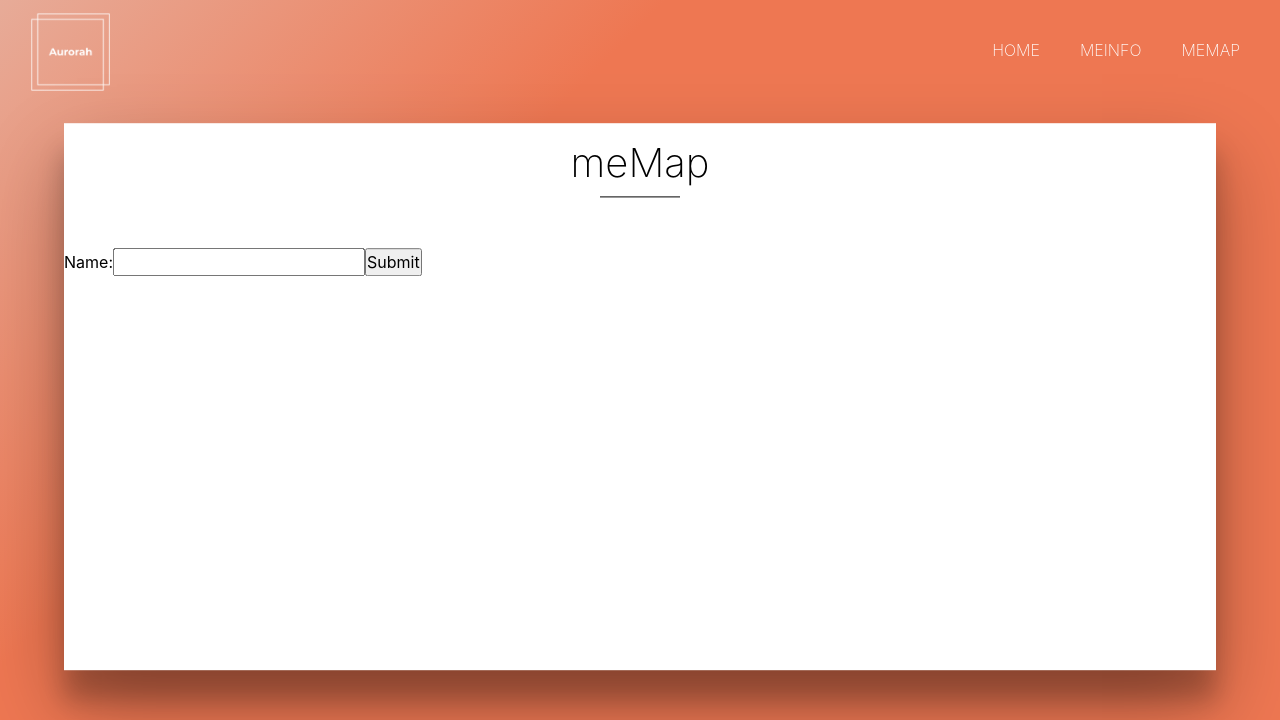
Repository: aasirvalji/saferMe
Page: /alt
An editor plug-in stored every save of this project. The page is shown before and after the next save, followed by the edit.
The browser window is 1280 px wide. The pictures show the whole page.
The project was rebuilt for these pictures with package versions that can differ from the ones it lists, and the page was loaded fresh each time. Also part of the build but not shown: src/components/Landing.js, src/styles/Services.css, src/components/Services.js, src/styles/MapDisplay.css, src/mapStyles.js, src/components/MapDisplay.js, src/styles/AboutDisplay.css, src/components/AboutDisplay.js and 1 more.

Above is the page before, as saved 2020-02-15 11:49:02.

### public/index.html
<!DOCTYPE html>
<html lang="en">
  <head>
    <meta charset="utf-8" />
    <link rel="icon" href="%PUBLIC_URL%/favicon.ico" />
    <meta name="viewport" content="width=device-width, initial-scale=1" />
    <meta name="theme-color" content="#000000" />
    <meta
      name="description"
      content="Web site created using create-react-app"
    />
    <link rel="apple-touch-icon" href="%PUBLIC_URL%/logo192.png" />
    <!--
      manifest.json provides metadata used when your web app is installed on a
      user's mobile device or desktop. See https://developers.google.com/web/fundamentals/web-app-manifest/
    -->
    <link rel="manifest" href="%PUBLIC_URL%/manifest.json" />
    <!--
      Notice the use of %PUBLIC_URL% in the tags above.
      It will be replaced with the URL of the `public` folder during the build.
      Only files inside the `public` folder can be referenced from the HTML.

      Unlike "/favicon.ico" or "favicon.ico", "%PUBLIC_URL%/favicon.ico" will
      work correctly both with client-side routing and a non-root public URL.
      Learn how to configure a non-root public URL by running `npm run build`.
    -->

    <link
    rel="stylesheet"
    href="https://maxcdn.bootstrapcdn.com/bootstrap/4.3.1/css/bootstrap.min.css"
    integrity="sha384-ggOyR0iXCbMQv3Xipma34MD+dH/1fQ784/j6cY/iJTQUOhcWr7x9JvoRxT2MZw1T"
    crossorigin="anonymous"
  />

  <link rel="stylesheet" href="https://use.fontawesome.com/releases/v5.7.2/css/all.css" integrity="sha384-fnmOCqbTlWIlj8LyTjo7mOUStjsKC4pOpQbqyi7RrhN7udi9RwhKkMHpvLbHG9Sr" crossorigin="anonymous">

    <title>Aurorah</title>
  </head>
  <body>
    <noscript>You need to enable JavaScript to run this app.</noscript>
    <div id="root"></div>
    <!--
      This HTML file is a template.
      If you open it directly in the browser, you will see an empty page.

      You can add webfonts, meta tags, or analytics to this file.
      The build step will place the bundled scripts into the <body> tag.

      To begin the development, run `npm start` or `yarn start`.
      To create a production bundle, use `npm run build` or `yarn build`.
    -->
  </body>
</html>

### src/App.js
import React from 'react';
import './App.css';
import Navigate from './components/Navigate'
import Landing from './components/Landing'
import Services from './components/Services'
import MapDisplay from './components/MapDisplay'
import AltDisplay from './components/AltDisplay'
import AboutDisplay from './components/AboutDisplay'

import SampleDisplay from './components/SampleDisplay';


import {
  BrowserRouter as Router,
  Switch,
  Route,
} from "react-router-dom";

class App extends React.Component { //when working with any type of data, call it in App then pass to comp on interest

  constructor(props) {
    super(props);

  }

/* start api sample */
/*
  componentDidMount() {
    fetch("https://api.example.com/items")
      .then(res => res.json())
      .then(
        (result) => {
          this.setState({
            isLoaded: true,
            items: result.items
          });
        },
        // Note: it's important to handle errors here
        // instead of a catch() block so that we don't swallow
        // exceptions from actual bugs in components.
        (error) => {
          this.setState({
            isLoaded: true,
            error
          });
        }
      )
  }
  */
/* end api sample */
  render(){


  return (
    <Router>
    <div className="App">

    <Switch>

    <Route exact path="/">
    <div className='landing-div'>
    <Navigate></Navigate>
    <Landing></Landing>
    <img className='wave' src='https://www.ochrehealth.com.au/wp-content/uploads/2018/10/slider-wave.png' alt=''></img>  {/* wave pattern*/}
    </div>
    {/* services placement*/}
    {/* maps placement*/}
    </Route>

    <Route path="/about">
    <div className='about-background'>
    <Navigate></Navigate>

    <AboutDisplay></AboutDisplay>
    </div>
    </Route>

    <Route path="/map">
    <div className='map-background'>
    <Navigate></Navigate>

  <MapDisplay></MapDisplay>
    </div>
    </Route>

    <Route path="/graph">
    <div className='graph-background'>
    <Navigate></Navigate>


    </div>
    </Route>

    <Route path="/alt">
    <div className='alt-background'>
    <Navigate></Navigate>

    <AltDisplay></AltDisplay>
    </div>
    </Route>

    </Switch>

    </div>
    </Router>

  );
  }
}

export default App;

### src/App.css
.landing-div {
    height: 100vh;
	background: linear-gradient(-45deg, #ee7752, #e73c7e,#FF4136, #85144b);
	background-size: 400% 400%;
    animation: gradient 10s ease infinite;

}


@keyframes gradient {
	0% {
		background-position: 0% 50%;
	}
	50% {
		background-position: 100% 50%;
	}
	100% {
		background-position: 0% 50%;
	}
}

.landing-div .wave{
    margin-right: 20vh;
    height: 15vh;
    width: 100%;
    position: absolute;
    bottom: 0;
}

@media screen and (max-width:700px) {

    .landing-div {
        height: 110vh;
    }

    .landing-div .wave{
    display: none;
    }

}

.about-background{
    background: linear-gradient(-45deg, #23a6d5, #23a6d5,#23a6d5, #acceda);
    height: 100vh;
}

.map-background{
    background: linear-gradient(-45deg, #5444c4, #5444c4,#5444c4, #908ab9);
    height: 100vh;
}

.graph-background{
    background: linear-gradient(-45deg, #e73c7e, #e73c7e,#e73c7e, #e0a0b9);
    height: 100vh;
}

.alt-background{
    background: linear-gradient(-45deg, #ee7752, #ee7752,#ee7752, #e7ab98);
    height: 100vh;
}

### src/components/Navigate.js
import React from 'react';
import '../styles/Navigate.css';
import {}
from 'react-bootstrap';
import img from '../assets/Au.png'

import { Link } from "react-router-dom";


function Navigate() {
    return (
    <>
  <div class="header">
    <h2 class="logo"><img src={img}></img></h2>
    <input type="checkbox" id="chk"></input>
    <label for="chk" class="show-menu-btn">
      <i class="fas fa-ellipsis-h"></i>
    </label>

    <ul class="menu">
      <Link to="/"><a>Home</a></Link>
      {/*<Link to="/about"><a>About</a></Link>*/}
      <Link to="/alt"><a>meInfo</a></Link>
      <Link to="/map"><a>meMap</a></Link>
      {/*<Link to="/graph"><a>eGraph</a></Link>*/}

      <label for="chk" class="hide-menu-btn">
        <i class="fas fa-times"></i>
      </label>
    </ul>
  </div>
</>
);
}


export default Navigate;

### src/components/AltDisplay.js
import React from 'react';
import '../styles/AltDisplay.css'




class AltDisplay extends React.Component{

  constructor(props){
    super(props);

    this.state = {value: ''};

    this.handleChange = this.handleChange.bind(this);
    this.handleSubmit = this.handleSubmit.bind(this);
}

handleChange(event) {
  this.setState({value: event.target.value});
}

handleSubmit(event) {
  console.log(this.state.value);
  alert('A name was submitted: ' + this.state.value);
  event.preventDefault();
}

render(){
    return(
        <>

<div className='alt-con'>

<div className='alt-header'>
<h1>meMap</h1>
</div>


<form onSubmit={this.handleSubmit}>
        <label>
          Name:
          <input type="text" value={this.state.value} onChange={this.handleChange} />
        </label>
        <input type="submit" value="Submit" />
      </form>

</div>

        </>
    )
}
}


export default AltDisplay;

### src/styles/Navigate.css
/* Start Navbar */

.header{
    height: 100px;
    background: transparent;
    padding: 0 20px;
    color: white;
    font-weight: 200;
  }
  .logo{
    line-height: 100px;
    float: left;
  }

  .header h2{
    font-weight: 200;
  }

  .header img{
    width: 12vh;
    height: 12vh;
    margin-left: 1vh;
  }

  .menu{
    float: right;
    line-height: 100px;
  }
  .menu a{
    color: white;
    text-transform: uppercase;
    text-decoration: none;
    padding: 0 10px;
    transition: 0.4s;
  }
  .show-menu-btn,.hide-menu-btn{
    transition: 0.4s;
    font-size: 30px;
    cursor: pointer;
    display: none;
  }
  .show-menu-btn{
    float: right;
  }
  .show-menu-btn i{
    line-height: 100px;
  }
  .menu a:hover,
  .show-menu-btn:hover,
  .hide-menu-btn:hover{
    transition: .5s;
    color: black;
  }

  #chk{
    position: absolute;
    visibility: hidden;
    z-index: -1111;
  }

  .content{
    padding: 0 20px;
  }
  .content img{
    width: 100%;
    max-width: 700px;
    margin: 20px 0;
  }
  .content p{
    text-align: justify;
  }

  @media screen and (max-width:800px) {
    .show-menu-btn,.hide-menu-btn{
      display: block;
    }
    .menu{
      position: fixed;
      width: 100%;
      height: 100vh;
      background: linear-gradient(-45deg, #ee7752, #e73c7e,#5444c4, #23a6d5);
      right: -100%;
      top: 0;
      text-align: center;
      padding: 80px 0;
      line-height: normal;
      transition: 0.7s;
      z-index: 1000;
    }
    .menu a{
      display: block;
      padding: 20px;
    }

    .menu a:hover{
      cursor: pointer;
    }

    .hide-menu-btn{
      position: absolute;
      top: 40px;
      right: 40px;
    }
    #chk:checked ~ .menu{
      right: 0;
    }
  }

  /* End Navbar */

### src/styles/Landing.css


  * {
    box-sizing: border-box;
    margin: 0;
    padding: 0;
  }


  h1 {
    line-height: 1.3;

  }

  img {
    width: 90%;
  }

  .container {
    max-width: 1200px;
    margin: auto;
    padding: 0 2rem;
    margin-top: 13vh;
  }

  .container h1, p{
    margin-top: 10vh;
    color: white;
  }

  .main-header{
    -webkit-animation: fadein 4s; /* Safari, Chrome and Opera > 12.1 */
    -moz-animation: fadein 4s; /* Firefox < 16 */
     -ms-animation: fadein 4s; /* Internet Explorer */
      -o-animation: fadein 4s; /* Opera < 12.1 */
         animation: fadein 4s;
  }

  .main-subheader{
    -webkit-animation: fadein 4s; /* Safari, Chrome and Opera > 12.1 */
    -moz-animation: fadein 4s; /* Firefox < 16 */
     -ms-animation: fadein 4s; /* Internet Explorer */
      -o-animation: fadein 4s; /* Opera < 12.1 */
         animation: fadein 4s;
  }

  .section-a {
    margin: 2rem 0;
  }

  .section-a .container {
    display: grid;
    grid-template-columns: 1fr 1fr;
    grid-gap: 3rem;
    align-items: center;
    justify-content: center;
  }

  .section-a h1 {
    font-size: 4rem;
    font-weight: 200;
  }

  .section-a p {
    font-size: 1.1rem;
    margin: 1rem 0 0 .775vh;
    font-weight: 200;
  }

  .floating{
    animation-name: floating;
    animation-duration: 3s;
    animation-iteration-count: infinite;
    animation-timing-function: ease-in-out;
    z-index: 100;
  }


  @keyframes floating {
    from { transform: translate(0,  0px); }
    50%  { transform: translate(0, 20px); }
    to   { transform: translate(0, -0px); }
}

  @media (max-width: 700px) {
    .section-a .container {
      grid-template-columns: 1fr;
      text-align: center;
    }

    .section-a .container div:first-child {
      order: 2;
    }

    .section-a .container div:nth-child(2) {
      order: -1;
    }

    .section-a img {
      width: 80%;
      margin: auto;
    }
  }

/* fade in animation*/

@keyframes fadein {
  from { opacity: 0; }
  to   { opacity: 1; }
}

/* Firefox < 16 */
@-moz-keyframes fadein {
  from { opacity: 0; }
  to   { opacity: 1; }
}

/* Safari, Chrome and Opera > 12.1 */
@-webkit-keyframes fadein {
  from { opacity: 0; }
  to   { opacity: 1; }
}

/* Internet Explorer */
@-ms-keyframes fadein {
  from { opacity: 0; }
  to   { opacity: 1; }
}

/* Opera < 12.1 */
@-o-keyframes fadein {
  from { opacity: 0; }
  to   { opacity: 1; }
}

### src/styles/AltDisplay.css
/* Try adding wave to Navbar */

.alt-con{
    transform: translateY(1vh);
    color: black;
    width: 90%;
    height: 76vh;
    margin: 15px auto;
    background: white;
    overflow: hidden;
    position: relative;
    top: 0;
    -webkit-box-shadow: 0 38px 76px rgba(0, 0, 0, 0.3), 0 30px 24px rgba(0, 0, 0, 0.22);
            box-shadow: 0 38px 76px rgba(0, 0, 0, 0.3), 0 30px 24px rgba(0, 0, 0, 0.22);
            overflow-y: auto;
}

.alt-con p{
    color: white;
}

.alt-header h1{
    color: black;
    text-align: center;
    font-weight: 200;
    margin-top: 2vh;
    margin-bottom: 8vh;
}

.alt-header h1:after {

    content: '';
    transform: translateY(1vh);
    margin: auto;
    border-bottom: .1vh solid black;
    width: 11vh;
    display: block;

}

.alt-details p{
    font-weight: 300;
    margin: auto;
    color: black;
    text-align: center;
    width: 50%;
    margin-bottom: 3vh;
}

.alt-details img{
    display: block;
    margin: 0 auto;
    height: 40vh;
    width: 50vh;
}

/* sample */

.middle{
    position: relative;
    margin: auto;
  }

  .task-list{
    width: 400px;
    padding: 40px;
    background: linear-gradient(-45deg, #ee7752, #ee7752,#ee7752, #e7ab98);
    background-size: cover;
  }
  .task-list h2{
    color: #fff;
    font-weight: 220;
  }
  .task{
    display: flex;
    padding: 10px 0;
    align-items: center;
    cursor: pointer;
    font-weight: 220;
  }

  .task input{
    position: absolute;
    visibility: hidden;
  }

  .task i{
    display: inline-block;
    width: 48px;
    height: 48px;
    border-radius: 50%;
    border: 1px solid white;
    text-align: center;
    line-height: 48px;
    font-size: 20px;
    margin-right: 14px;
    color: transparent;
  }

  .text{
    font-size: 18px;
    color: #fff;
  }

  .task input:checked ~ i{
    color: white;
  }

  .task input:checked ~ .text{
    text-decoration: line-through;
    color: white;
  }

Loaded but not shown: src/index.js (common file); src/index.css (common file); src/serviceWorker.js (common file)

After the next save:
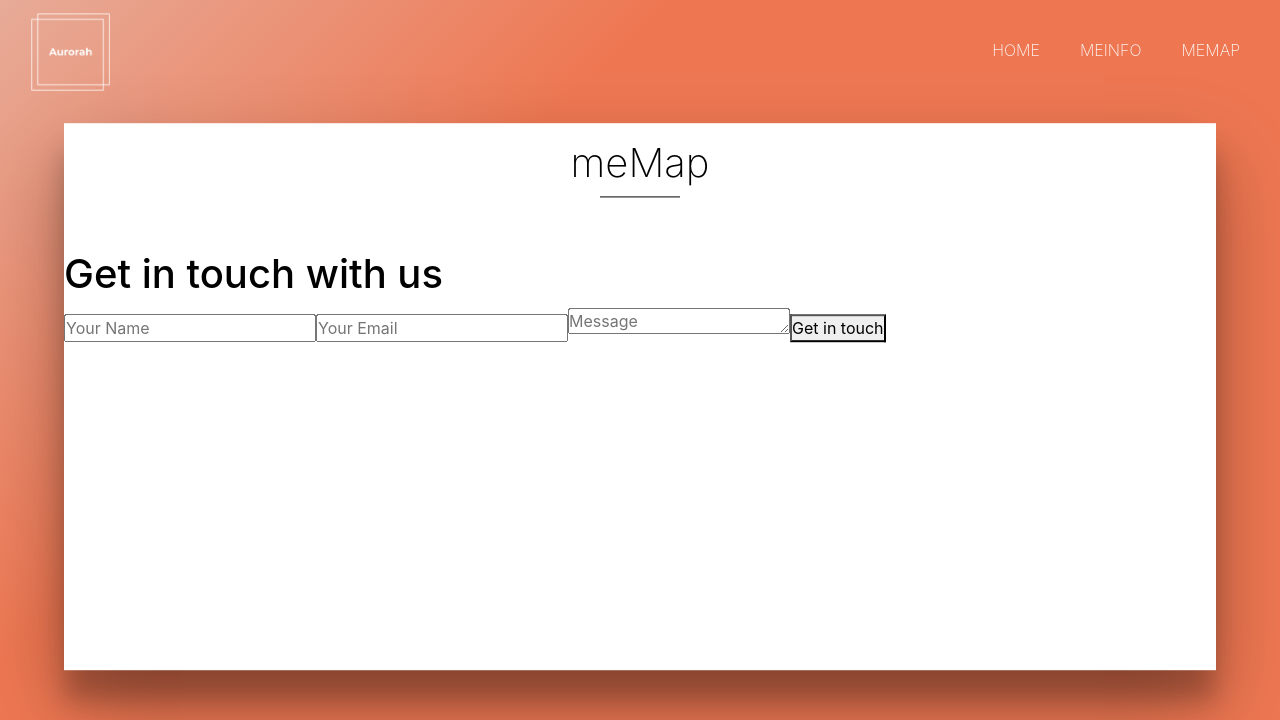
Saved 56 s later.
--- a/src/components/AltDisplay.js
+++ b/src/components/AltDisplay.js
@@ -35,14 +35,15 @@ render(){
 <h1>meMap</h1>
 </div>
 
-
-<form onSubmit={this.handleSubmit}>
-        <label>
-          Name:
-          <input type="text" value={this.state.value} onChange={this.handleChange} />
-        </label>
-        <input type="submit" value="Submit" />
-      </form>
+<div class="contact-section">
+      <div class="inner-width">
+        <h1>Get in touch with us</h1>
+        <input type="text" class="name" placeholder="Your Name"></input>
+        <input type="email" class="email" placeholder="Your Email"></input>
+        <textarea rows="1" placeholder="Message" class="message"></textarea>
+        <button>Get in touch</button>
+      </div>
+    </div>
 
 </div>
 
